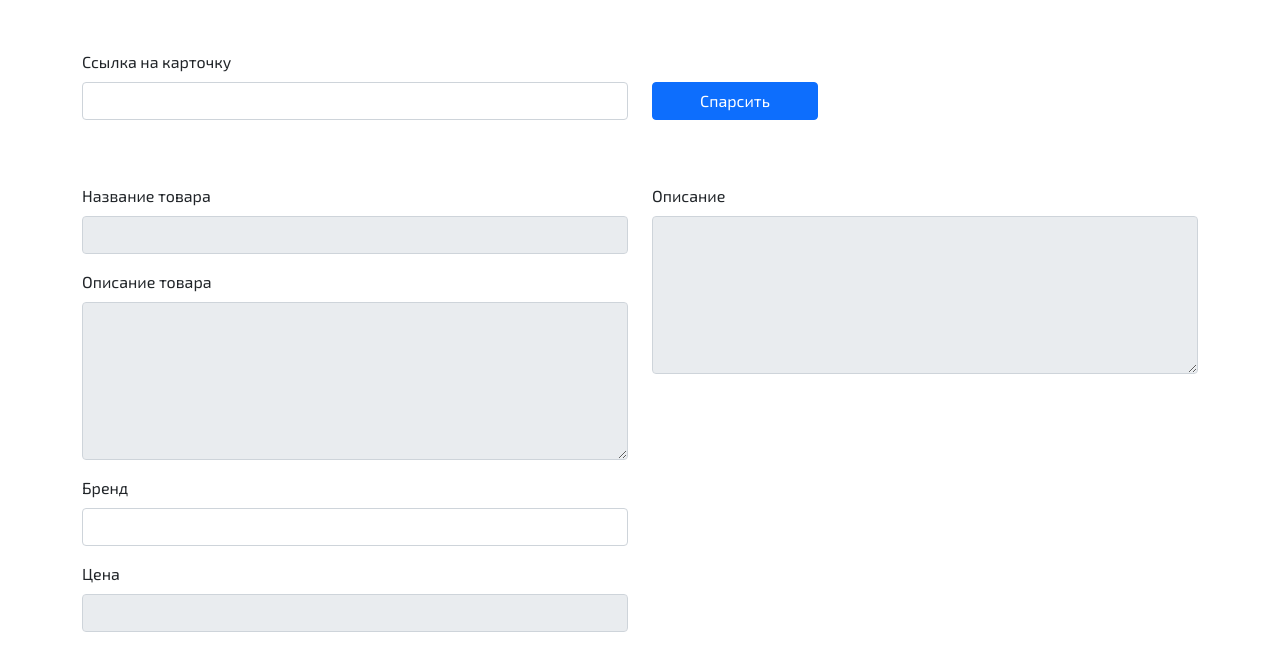
Repository: yozuul/wildberries-product-card-parser-api-exchange
Page: public/index.html
The author's editor kept a copy of each file at every save. The page is drawn from the files as they stood at one save, then again after the next save.
The browser window is 1280 px wide. The pictures show the whole page.

Above is the page before, as saved 2021-08-18 20:13:32.

After the next save:
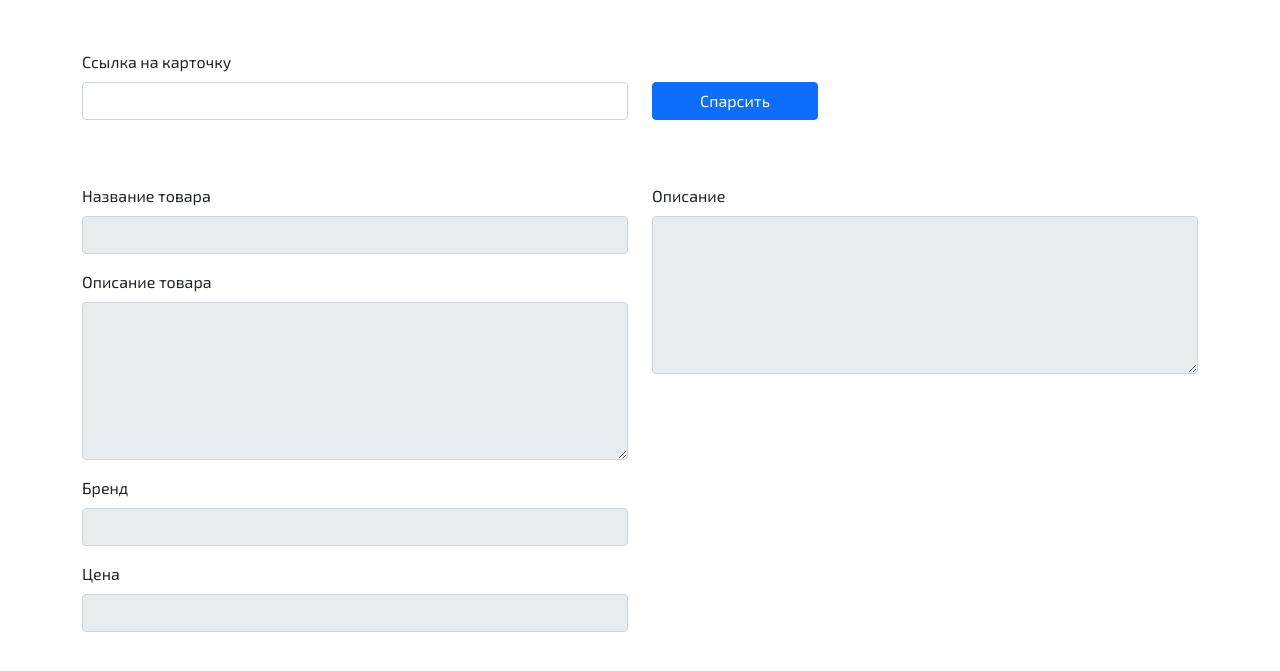
Saved 6 s later.
--- a/public/index.html
+++ b/public/index.html
@@ -36,7 +36,7 @@
             </div>
             <div class="mb-3">
                <label for="productBrand" class="form-label">Бренд</label>
-               <input type="text" class="form-control" id="productBrand">
+               <input type="text" class="form-control" id="productBrand" readonly>
             </div>
             <div class="mb-3">
                <label for="productPrice" class="form-label">Цена</label>
